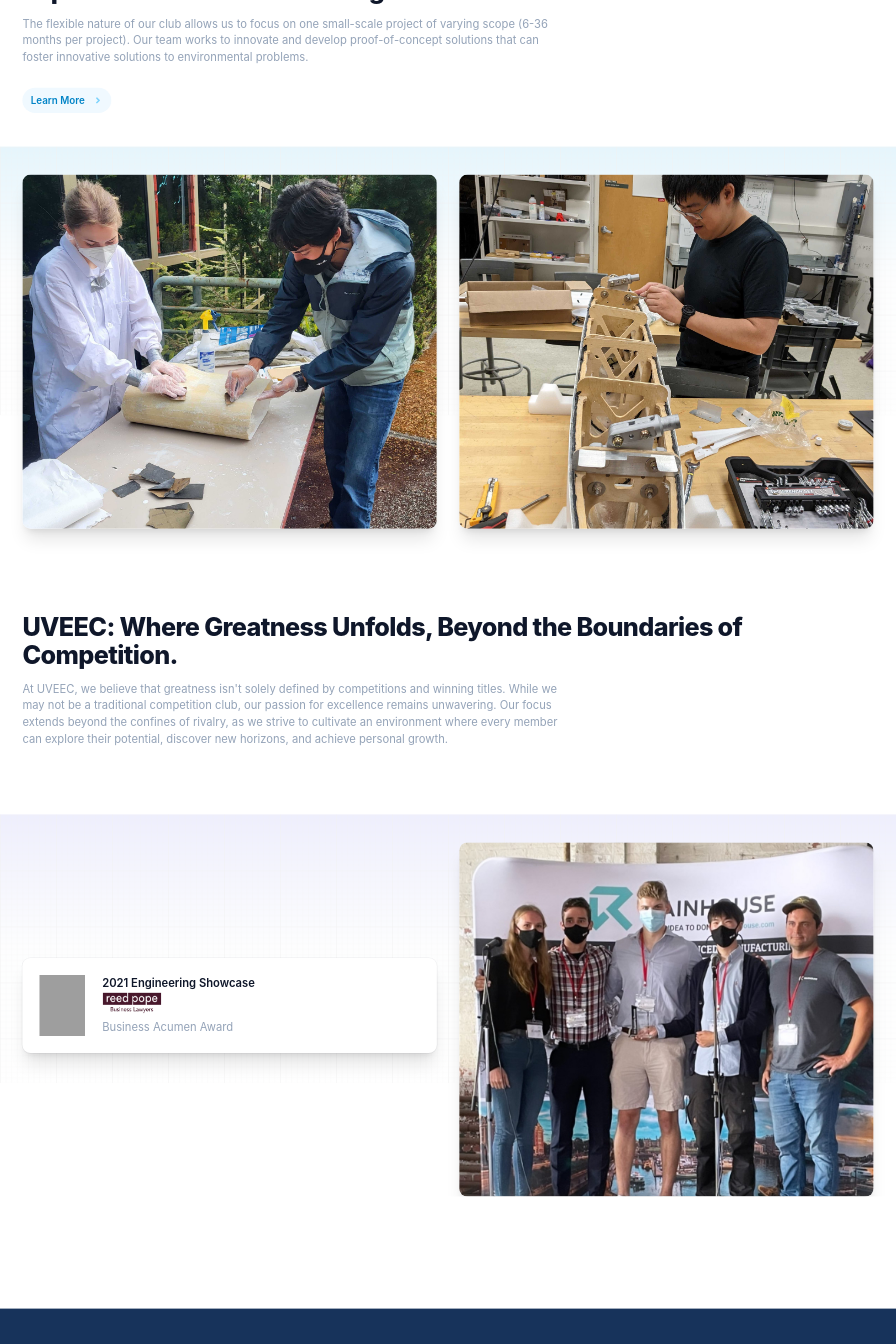
Repository: markaxelus/uveec-website
Page: /
The author's editor kept a copy of each file at every save. The page is drawn from the files as they stood at one save, then again after a run of saves.
The browser window is 1280 px wide. The pictures show the part of the page from y = 978 to 2898 px (the page is 3192 px tall before and 3208 px after), at 70% of full size.
Pictures or frames that could not be fetched are drawn as grey boxes. The project was rebuilt for these pictures with package versions that can differ from the ones it lists, and the page was loaded fresh each time. The framework's server and built-in components were replaced by stand-ins that run in the browser. Also part of the build but not shown: next.config.js, src/components/molecules/ProfileCard.tsx.

Above is the page before, as saved 2024-06-08 23:37:25.

After the next 2 saves:
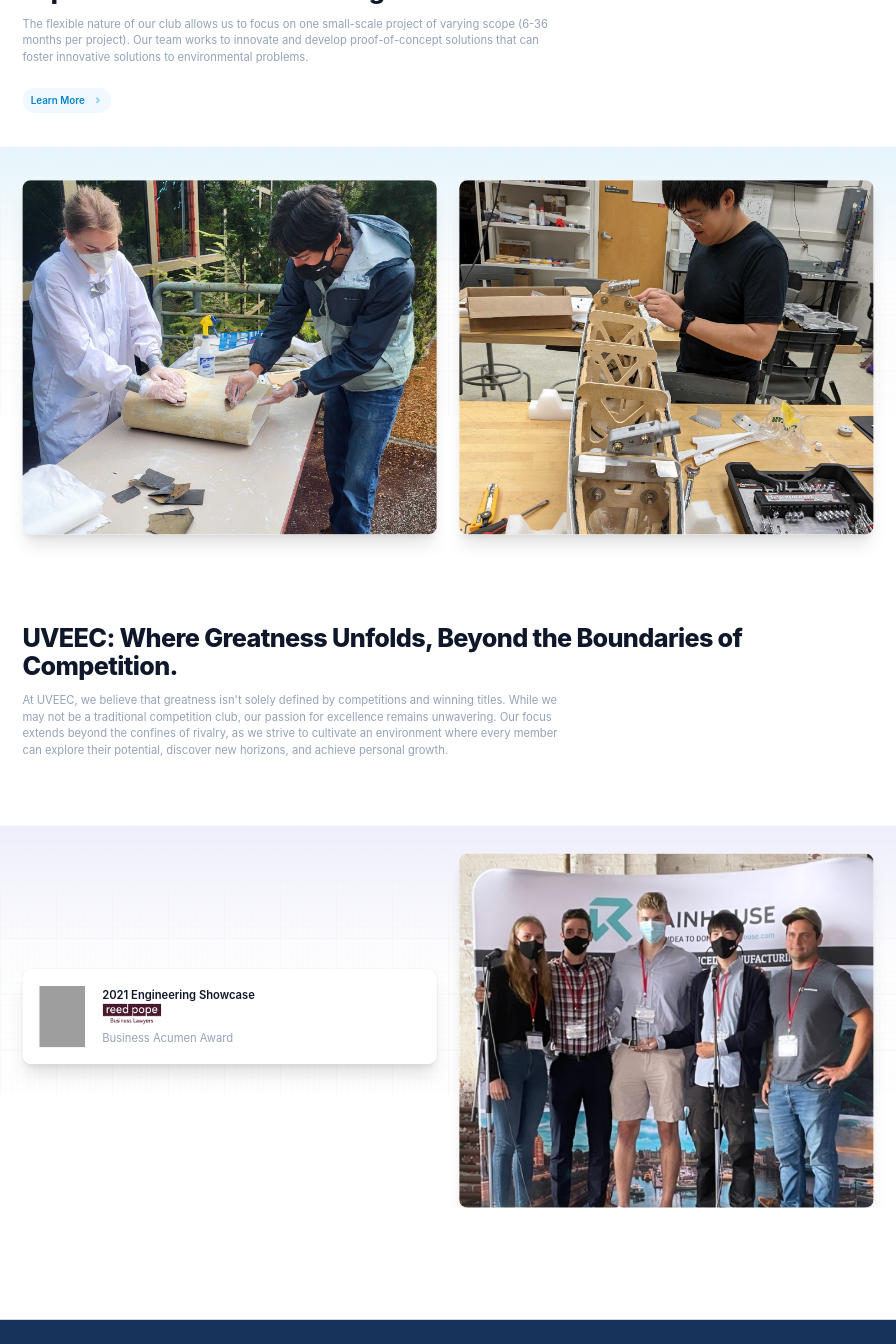
The 2 saves are shown as one change because they came seconds apart.
The last was saved 8 s later.
--- a/pages/index.tsx
+++ b/pages/index.tsx
@@ -100,7 +100,7 @@
                     <rect width="100%" height="100%" fill="url(#grid)" />
                   </svg>
                 </div>
-                <div className="max-w-7xl mx-auto px-4 py-10 sm:px-6 md:px-8 lg:grid lg:grid-cols-12 lg:gap-8">
+                <div className="max-w-7xl mx-auto px-4 py-12 sm:px-6 md:px-8 lg:grid lg:grid-cols-12 lg:gap-8">
                   {/*<div className="lg:col-span-5 xl:col-span-6 flex flex-col">
                     <div className="relative z-10 bg-white ring-1 ring-slate-900/5 rounded-lg shadow-xl px-6 py-5 my-auto xl:mt-18 dark:bg-slate-800">
                       <div className="absolute inset-x-0 inset-y-5 border-t border-b border-slate-100 pointer-events-none dark:border-slate-700" />
